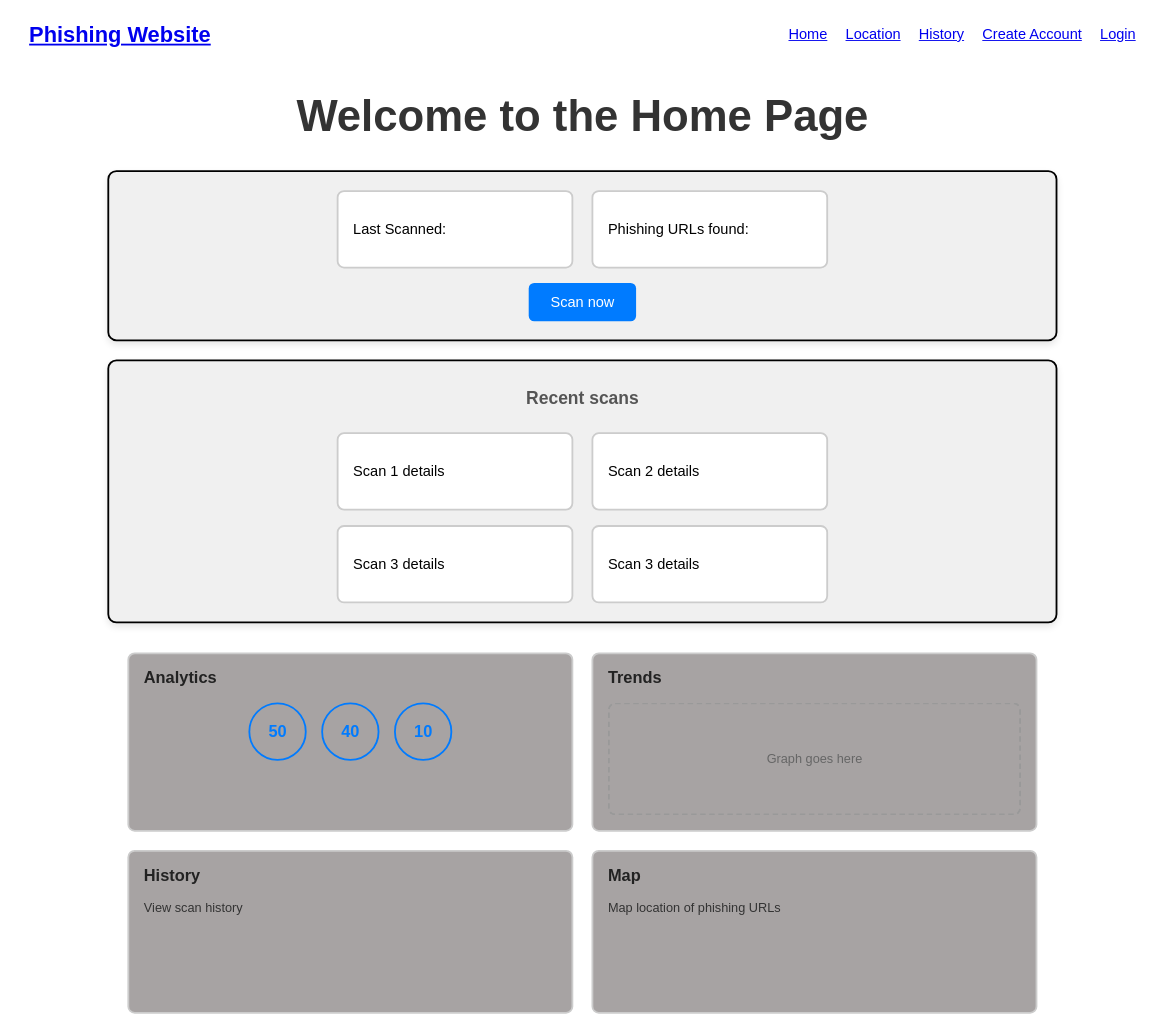
Repository: 2305199/Final-year-project
Page: / (app in frontend/)
These files come from the project's save history. The page is drawn as it stood at one moment and after the next save; the edit follows.
The browser window is 1280 px wide. The pictures show the whole page, at 91% of full size.
The project was rebuilt for these pictures with package versions that can differ from the ones it lists, and the page was loaded fresh each time. Also part of the build but not shown: frontend/vite.config.js, frontend/src/Location/Location.jsx, frontend/src/History/History.jsx, frontend/src/User/CreateAccount.jsx, frontend/src/User/Login.jsx.

Above is the page before, as saved 2026-01-29 02:24:50.

After the next save:
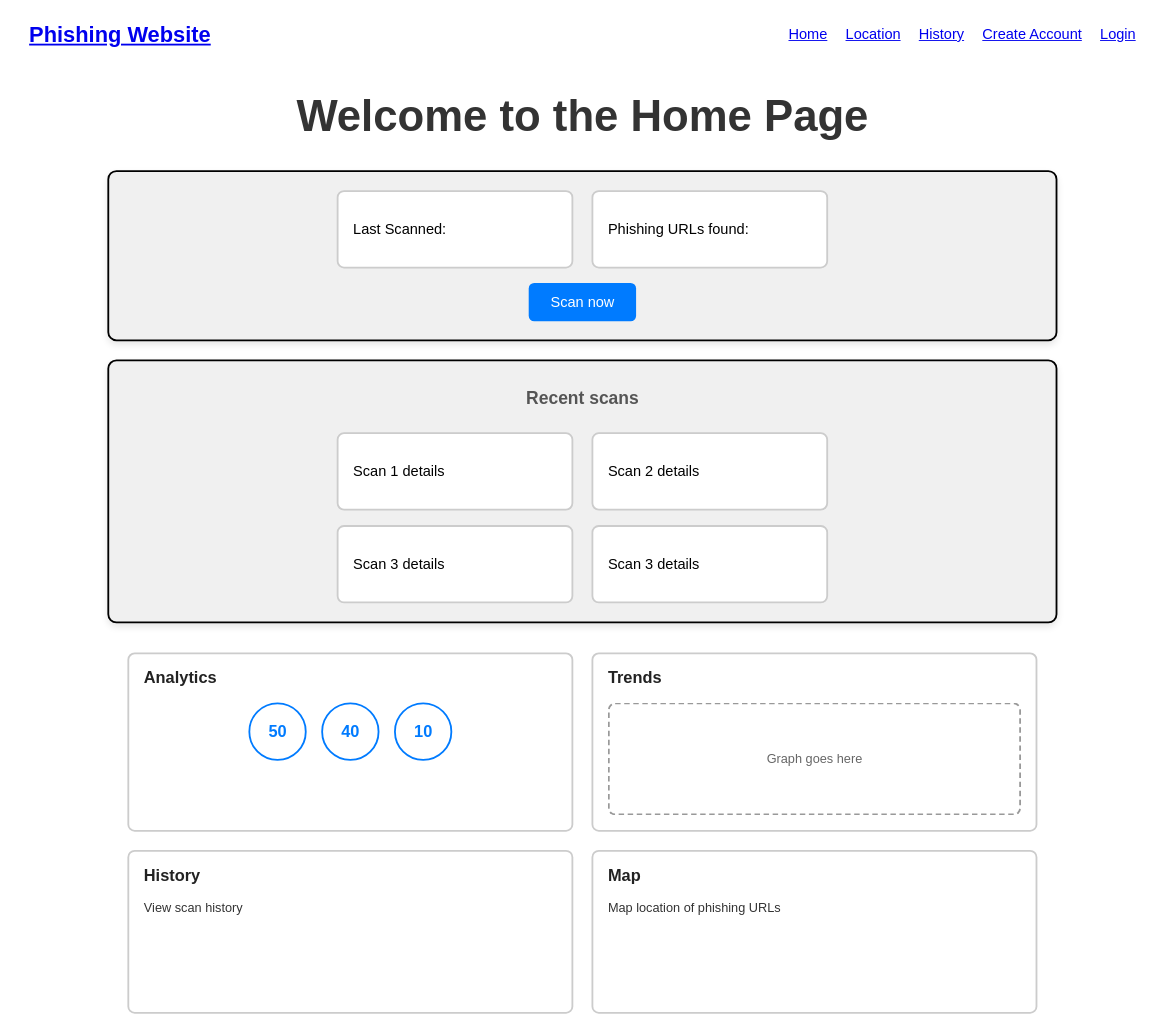
Saved 44 s later.
--- a/frontend/src/Home/Home.module.css
+++ b/frontend/src/Home/Home.module.css
@@ -100,7 +100,7 @@
 .panel {
   border: 2px solid #ccc;
   border-radius: 8px;
-  background-color: #a7a3a3;
+  background-color: #fff;
   padding: 16px;
   min-height: 180px;
   box-sizing: border-box;
